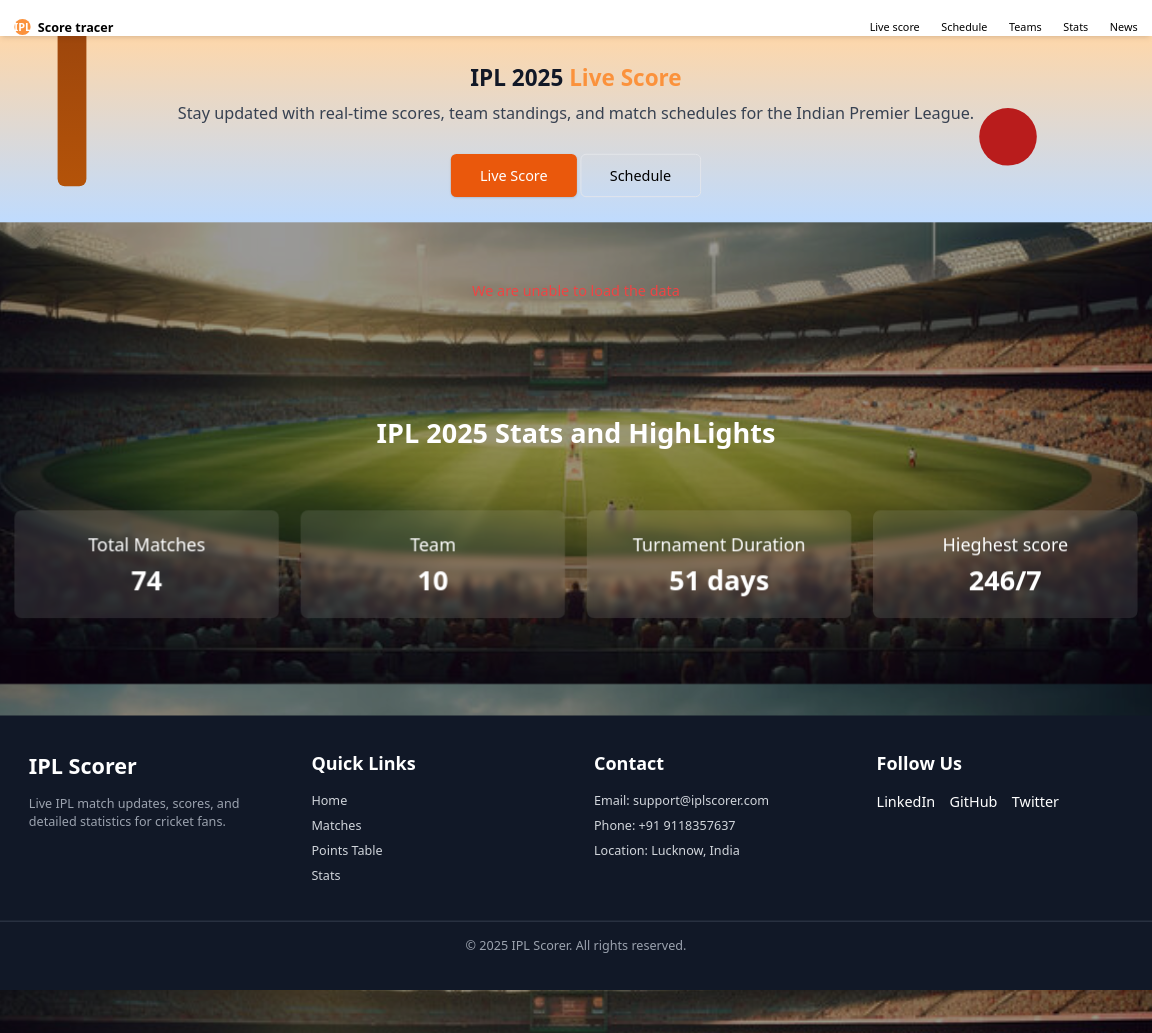
Repository: GauraVPandeyyy/IPL_PointsTable
Page: /
These files come from the project's save history. The page is drawn as it stood at one moment and after the next save; the edit follows.
The browser window is 1280 px wide. The pictures show the whole page, at 90% of full size.
The page's requests for data from a server got no answer. Backgrounds fixed to the window are drawn as part of the page. Some web libraries are served in a nearby version. The project was rebuilt for these pictures with package versions that can differ from the ones it lists, and the page was loaded fresh each time. No one was signed in, and anything a server would have sent is missing. Also part of the build but not shown: vite.config.js.

Above is the page before, as saved 2025-04-18 16:20:57.

After the next save:
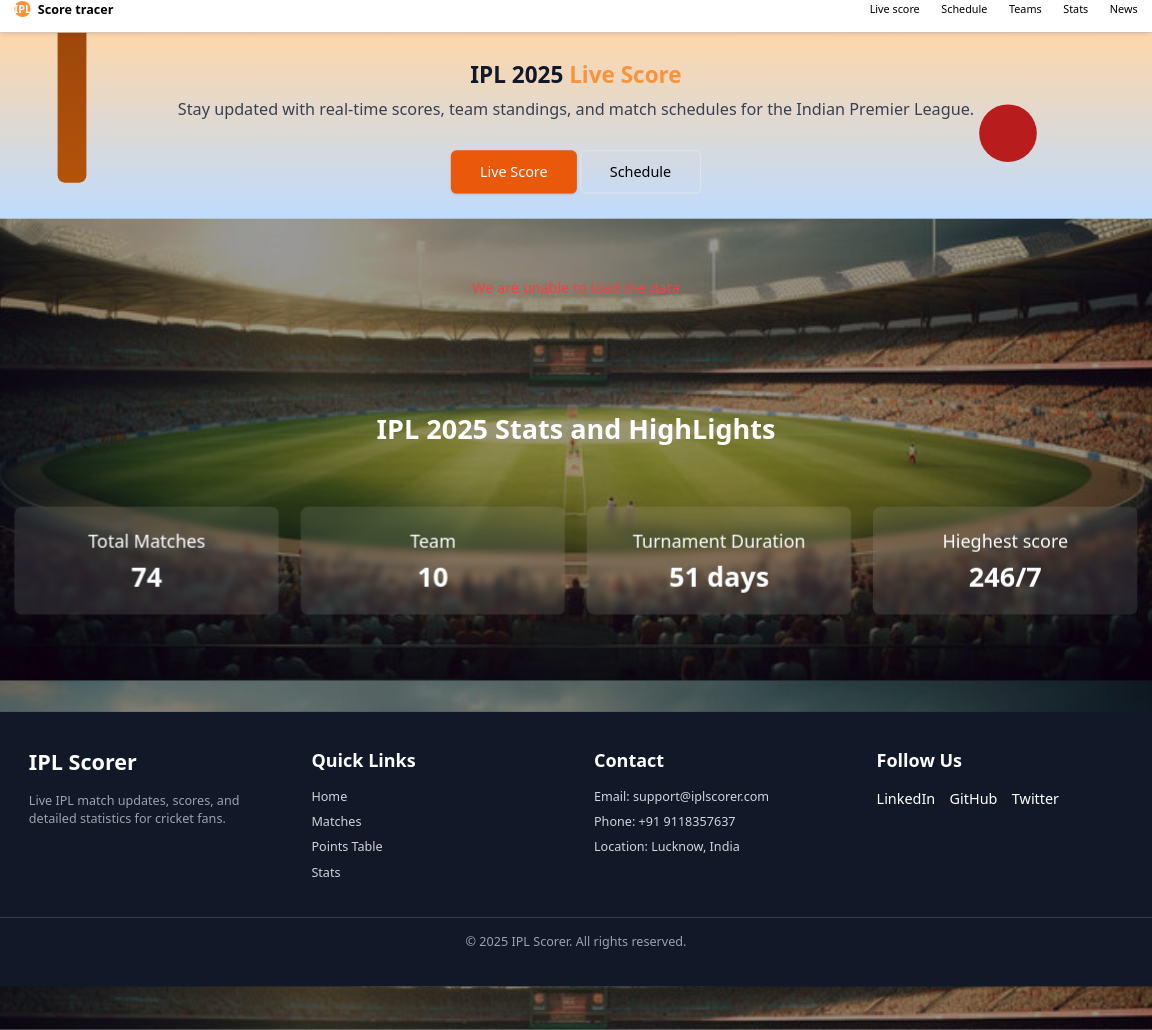
Saved 7 s later.
--- a/src/components/Header.jsx
+++ b/src/components/Header.jsx
@@ -15,7 +15,7 @@
     setIsOpen(!isopen);
   };
   return (
-    <div className="sticky h-9 py-5 top-0 z-50 bg-white shadow-md">
+    <div className="sticky h-9 pb-5 top-0 z-50 bg-white shadow-md">
       <div className="container mx-auto px-4">
         {/* Logo */}
         <div className="flex items-center justify-between h-[20px]">

After the save that followed:
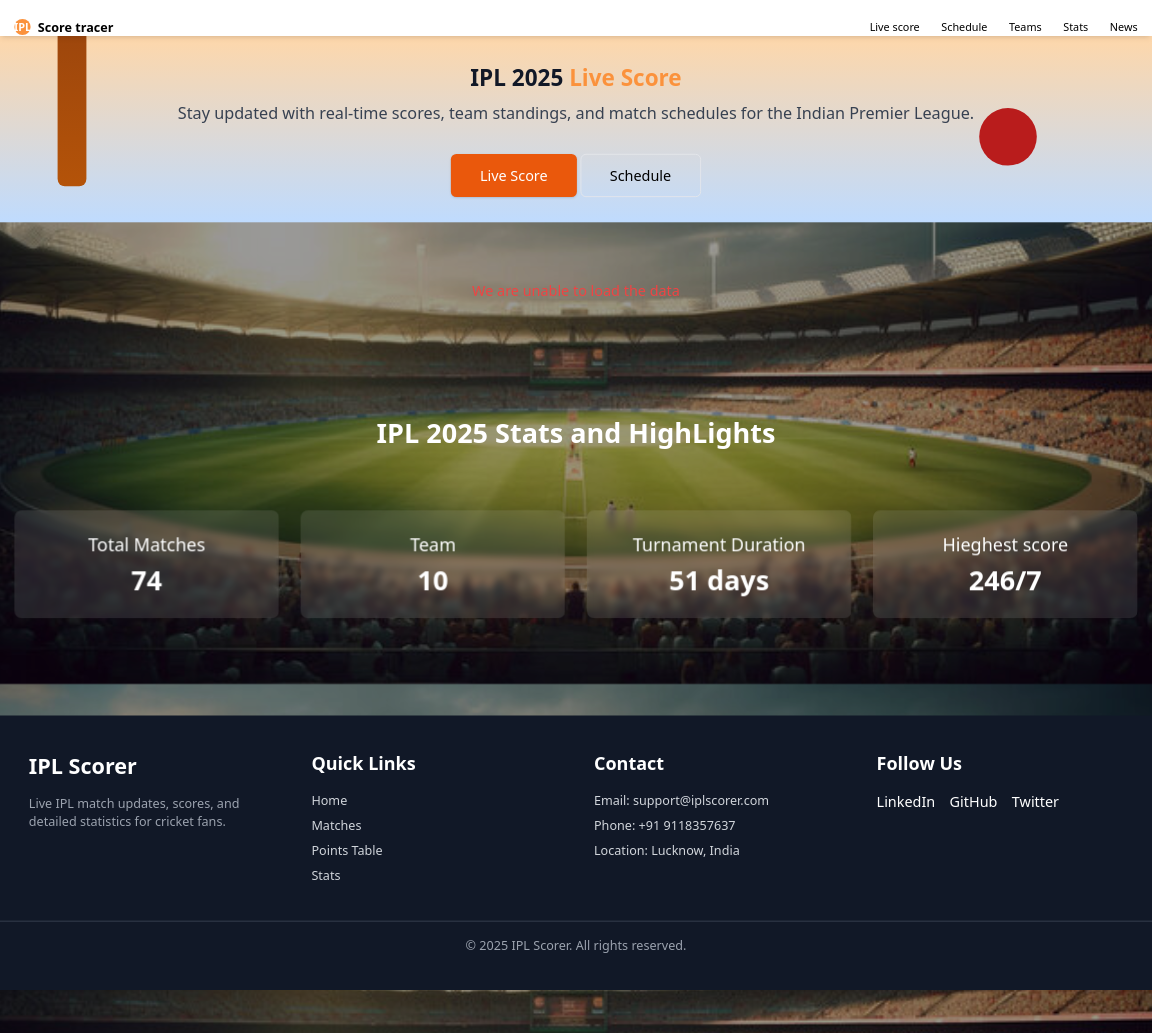
Saved 7 s later.
--- a/src/components/Header.jsx
+++ b/src/components/Header.jsx
@@ -15,7 +15,7 @@
     setIsOpen(!isopen);
   };
   return (
-    <div className="sticky h-9 pb-5 top-0 z-50 bg-white shadow-md">
+    <div className="sticky h-9 py-5 top-0 z-50 bg-white shadow-md">
       <div className="container mx-auto px-4">
         {/* Logo */}
         <div className="flex items-center justify-between h-[20px]">
